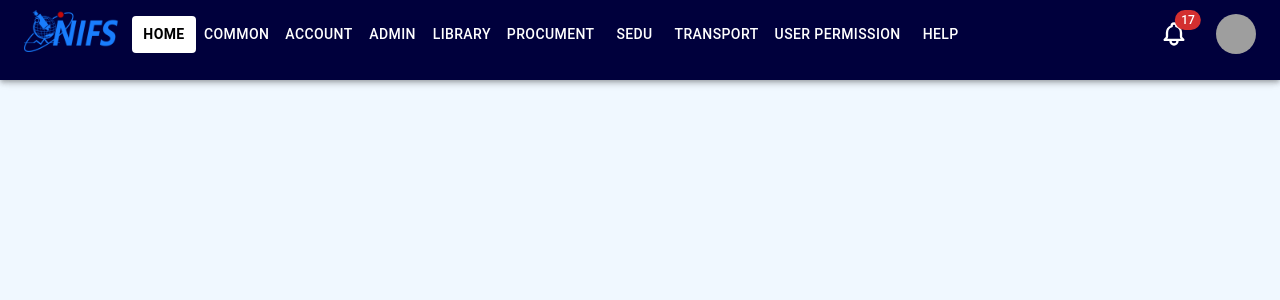
Repository: virangaj/NIFS-WebApp
Page: / (app in client/)
The author's editor kept a copy of each file at every save. The page is drawn from the files as they stood at one save, then again after the next save.
The browser window is 1280 px wide. The pictures show the whole page.
Pictures or frames that could not be fetched are drawn as grey boxes. The project was rebuilt for these pictures with package versions that can differ from the ones it lists, and the page was loaded fresh each time. Also part of the build but not shown: client/src/pages/Login.tsx, client/src/components/Transport/shared/TransportNavbar.js, client/src/pages/TransportMainPage.tsx, client/src/pages/CommonMainPage.tsx, client/src/pages/AccountMainPage.tsx, client/src/pages/AdminMainPage.tsx, client/src/pages/LibraryMainPage.js, client/src/pages/ProcumentMainPage.js and 16 more.

Above is the page before, as saved 2022-07-28 00:35:09.

### client/public/index.html
<!DOCTYPE html>
<html lang="en">
	<head>
		<meta charset="utf-8" />
		<link rel="icon" href="nifs_logo.png" />
		<meta name="viewport" content="width=device-width, initial-scale=1" />
		<meta name="theme-color" content="#000000" />
		<meta
			name="description"
			content="Web site created using create-react-app"
		/>
		<link rel="apple-touch-icon" href="%PUBLIC_URL%/logo192.png" />
		<!--
      manifest.json provides metadata used when your web app is installed on a
      user's mobile device or desktop. See https://developers.google.com/web/fundamentals/web-app-manifest/
    -->
		<link rel="manifest" href="%PUBLIC_URL%/manifest.json" />
		<!--
      Notice the use of %PUBLIC_URL% in the tags above.
      It will be replaced with the URL of the `public` folder during the build.
      Only files inside the `public` folder can be referenced from the HTML.

      Unlike "/favicon.ico" or "favicon.ico", "%PUBLIC_URL%/favicon.ico" will
      work correctly both with client-side routing and a non-root public URL.
      Learn how to configure a non-root public URL by running `npm run build`.
    -->
		<link
			href="https://fonts.googleapis.com/css?family=Poppins"
			rel="stylesheet"
		/>
		<title>NIFS Dashboard</title>
	</head>
	<body>
		<noscript>You need to enable JavaScript to run this app.</noscript>
		<div id="root"></div>
		<!--
      This HTML file is a template.
      If you open it directly in the browser, you will see an empty page.

      You can add webfonts, meta tags, or analytics to this file.
      The build step will place the bundled scripts into the <body> tag.

      To begin the development, run `npm start` or `yarn start`.
      To create a production bundle, use `npm run build` or `yarn build`.
    -->
	</body>
</html>

### client/src/index.css
* {
  margin: 0;
}

body {
  font-family: 'Poppins';
  -webkit-font-smoothing: antialiased;
  -moz-osx-font-smoothing: grayscale;
  background-color: aliceblue;
}

:root {
  --main-navbar-back: #00003c;
  --nav-title-section-back: rgba(4, 34, 80, 0.589);
  --white: #fff;
  --black: #000;
  --gray: rgba(68, 68, 68, 0.432);
  --border-radius: 10px;
  --pimary: rgb(10, 94, 133);
  --warning: #ed3d63;
}


.nav-logo {
  width: 100px;
  height: auto;
}

a {
  text-decoration: none;
}


/* main navbar */
.main-navbar {
  background-color: var(--main-navbar-back) !important;
  width: 100% !important;
  height: 80px !important;

}



/* secondary navbar */
.secondary-navbar {
  margin: auto;
}

.nav-flex-section {
  display: flex;
  justify-content: center;
}

.nav-flex-inside {
  margin-left: 5px;
  margin-left: 5px;
}

.nav-title {
  font-size: 15px;
  text-align: center;
  color: var(--white);
  font-weight: 600;

}

.nav-title-section {
  border-radius: var(--border-radius);
  background-color: var(--nav-title-section-back);
  box-shadow: rgba(100, 100, 111, 0.2) 0px 7px 29px 0px;
  pointer-events: none;
}

.nav-icon {
  font-size: 30px;
}

.nav-link {
  display: flex;
  flex-direction: column;
  align-items: center;
  font-size: 15px;
  margin-left: 10px;
  margin-left: 10px;
  border: none;
  box-shadow: rgba(100, 100, 111, 0.2) 0px 7px 29px 0px;
  padding: 4px 8px 6px 8px;
  margin-bottom: 10px;
  text-align: center;
  width: 125px;
  border-radius: var(--border-radius);
  background-color: var(--white);
  outline: none;
  height: 100px;

}

.nav-link:hover {
  color: var(--pimary);
  cursor: pointer;
  box-shadow: rgba(81, 146, 177, 0.2) 0px 7px 29px 0px;
  background-color: rgb(254, 255, 205);
  border-bottom: 2px solid var(--warning);

}


.nav-link:active {
  color: var(--pimary);
  cursor: pointer;
  box-shadow: rgba(81, 146, 177, 0.2) 0px 7px 29px 0px;
  background-color: rgb(205, 248, 255);
  border-bottom: 2px solid var(--warning);
}

.nav-link-active {
  color: var(--pimary);
  cursor: pointer;
  box-shadow: rgba(81, 146, 177, 0.2) 0px 7px 29px 0px;
  background-color: rgb(205, 248, 255);
  border-bottom: 2px solid var(--warning);
}

/* body content*/
.body-content {
  margin: auto;
  width: 90%;
  margin-top: 4vh;

}

/* main page content */
.main-content {
  width: 90%;
  margin: auto;
  margin-top: 20px;
}

/* sub page content */

.sub-body-content {
  border: 2px solid var(--gray);
  border-radius: var(--border-radius);
  padding: 10px;
}

.sub-body-title {
  font-size: 24px;
}



/* error page */
.error-page {
  border: 2px solid var(--gray);
  border-radius: var(--border-radius);
  height: 50vh;
  width: 50vw;
  margin: auto;
  margin-top: 50px;
}

.error-page-content {
  text-align: center;
  margin-top: 50px;
}

.error-page-content h1 {
  font-size: 100px;
  color: var(--warning);
  font-weight: 700;
  pointer-events: none;

}

.error-page-content p {
  font-size: 20px;
  margin-bottom: 20px;
  pointer-events: none;
}

### client/src/App.tsx
import React, { useEffect } from 'react';
import Navbar from './components/shared/Navbar';
import Login from './pages/Login'
import { BrowserRouter as Router, Route, Routes } from 'react-router-dom'
import Home from './pages/Home';
import TransportMainPage from './pages/TransportMainPage';
import CommonMainPage from './pages/CommonMainPage';
import AccountMainPage from './pages/AccountMainPage';
import AdminMainPage from './pages/AdminMainPage';
import LibraryMainPage from './pages/LibraryMainPage';
import ProcumentMainPage from './pages/ProcumentMainPage';
import SeduMainPage from './pages/SeduMainPage';
import UserPermissionMainPage from './pages/UserPermissionMainPage';
import NotificationMainPage from './pages/NotificationMainPage';
import HelpMainPage from './pages/HelpMainPage';
import ErrorPage from './pages/ErrorPage';


function App() {


  return (
    <Router>
      <Navbar />

      <Routes>

        <Route path="/login" element={<Login />} />
        <Route path="/" element={<Home />} />
        <Route path="/common/*" element={<CommonMainPage />} />
        <Route path="/account/*" element={<AccountMainPage />} />
        <Route path="/admin/*" element={<AdminMainPage />} />
        <Route path="/library/*" element={<LibraryMainPage />} />
        <Route path="/procument/*" element={<ProcumentMainPage />} />
        <Route path="/sedu/*" element={<SeduMainPage />} />
        <Route path="/transport/*" element={<TransportMainPage />} />
        <Route
          path="/user-permission/*"
          element={<UserPermissionMainPage />}
        />
        <Route
          path="/notification/*"
          element={<NotificationMainPage />}
        />
        <Route path="/help/*" element={<HelpMainPage />} />
        <Route path="/error-404" element={<ErrorPage />} />
      </Routes>


    </Router>
  );
}

export default App;

### client/src/components/shared/Navbar.tsx
import * as React from 'react';
import AppBar from '@mui/material/AppBar';
import Box from '@mui/material/Box';
import Toolbar from '@mui/material/Toolbar';
import IconButton from '@mui/material/IconButton';
import Typography from '@mui/material/Typography';
import Menu from '@mui/material/Menu';
import Container from '@mui/material/Container';
import Avatar from '@mui/material/Avatar';
import Button from '@mui/material/Button';
import Tooltip from '@mui/material/Tooltip';
import MenuItem from '@mui/material/MenuItem';
import { HiMenuAlt2, HiOutlineBell } from "react-icons/hi";
import Badge from '@mui/material/Badge';
import Logo from '../../images/nifs_logo.png'
import { Link, useLocation } from 'react-router-dom';
const pages = [
    {
        id: 0,
        title: 'Home',
        link: '/',
    },
    {
        id: 1,
        title: 'Common',
        link: '/common',
    },
    {
        id: 2,
        title: 'Account',
        link: '/account',
    },
    {
        id: 3,
        title: 'Admin',
        link: '/admin',
    },
    {
        id: 4,
        title: 'Library',
        link: '/library',
    },
    {
        id: 5,
        title: 'Procument',
        link: '/procument',
    },
    {
        id: 6,
        title: 'SEDU',
        link: '/sedu',
    },
    {
        id: 7,
        title: 'Transport',
        link: '/transport',
    },
    {
        id: 8,
        title: 'User Permission',
        link: '/user-permission',
    },
    // {
    //     id: 9,
    //     title: 'Notification',
    //     link: '/notification',
    // },
    {
        id: 10,
        title: 'Help',
        link: '/help',
    },
];
const settings = [
    {
        id: 0,
        title: 'Login',
        link: '/login',
    },
];
const Navbar = () => {

    // nav bar function and variables
    const location: any = useLocation();

    const [anchorElNav, setAnchorElNav] = React.useState<null | HTMLElement>(null);
    const [anchorElUser, setAnchorElUser] = React.useState<null | HTMLElement>(null);

    const handleOpenNavMenu = (event: React.MouseEvent<HTMLElement>) => {
        setAnchorElNav(event.currentTarget);
    };
    const handleOpenUserMenu = (event: React.MouseEvent<HTMLElement>) => {
        setAnchorElUser(event.currentTarget);
    };

    const handleCloseNavMenu = () => {
        setAnchorElNav(null);
    };

    const handleCloseUserMenu = () => {
        setAnchorElUser(null);
    };

    return (
        <AppBar position="fixed" className="main-navbar">
            <Container maxWidth="xl">
                <Toolbar disableGutters>
                    {/*Responsive view start here  */}
                    <Box sx={{ display: { xs: 'none', md: 'flex' }, mr: 1 }}>
                        <Link to='/'>
                            <img src={Logo} alt="logo" className="nav-logo" />
                        </Link>
                    </Box>


                    <Box sx={{ flexGrow: 1, display: { xs: 'flex', md: 'none' } }}>
                        <IconButton
                            size="large"
                            aria-label="account of current user"
                            aria-controls="menu-appbar"
                            aria-haspopup="true"
                            onClick={handleOpenNavMenu}
                            color="inherit"
                        >
                            <HiMenuAlt2 />
                        </IconButton>
                        <Menu
                            id="menu-appbar"
                            anchorEl={anchorElNav}
                            anchorOrigin={{
                                vertical: 'bottom',
                                horizontal: 'left',
                            }}
                            keepMounted
                            transformOrigin={{
                                vertical: 'top',
                                horizontal: 'left',
                            }}
                            open={Boolean(anchorElNav)}
                            onClose={handleCloseNavMenu}
                            sx={{
                                display: { xs: 'block', md: 'none' },
                            }}
                        >
                            {pages && pages.map((page, index) => (
                                location.pathname.split('/')[1] === page.link.split('/')[1] ?
                                    <Link to={page.link} style={{ textDecoration: 'none' }} key={index}>
                                        <Button

                                            onClick={handleCloseNavMenu}
                                            sx={{ my: 2, color: 'white', display: 'block' }}
                                            style={{ backgroundColor: '#000', color: '#fff', fontWeight: 700 }}
                                        >
                                            {page.title}
                                        </Button>
                                    </Link>
                                    :
                                    <Link to={page.link} style={{ textDecoration: 'none' }} >
                                        <Button
                                            key={page.id}
                                            onClick={handleCloseNavMenu}
                                            sx={{ my: 2, color: 'white', display: 'block' }}
                                            style={{ backgroundColor: '#fff', color: '#000' }}
                                        >
                                            {page.title}
                                        </Button>
                                    </Link>
                            ))}
                        </Menu>
                    </Box>
                    {/* Responsive view ends here */}

                    {/* Full width starts here */}
                    <Box
                        sx={{
                            mr: 2,
                            display: { xs: 'flex', md: 'none' },
                            flexGrow: 1,
                        }}
                    >
                        <Link to='/'>
                            <img src={Logo} alt="logo" className="nav-logo" />
                        </Link>
                    </Box>

                    <Box sx={{ flexGrow: 1, display: { xs: 'none', md: 'flex' } }}>
                        {pages.map((page, index) => (
                            location.pathname.split('/')[1] === page.link.split('/')[1] ?
                                <Link to={page.link} style={{ textDecoration: 'none' }} key={index}>
                                    <Button
                                        onClick={handleCloseNavMenu}
                                        sx={{ my: 2, color: 'white', display: 'block' }}
                                        style={{ backgroundColor: '#fff', color: '#000', fontWeight: 700 }}


                                    >
                                        {page.title}
                                    </Button>
                                </Link>
                                :
                                <Link to={page.link} style={{ textDecoration: 'none' }} >
                                    <Button
                                        key={page.id}
                                        onClick={handleCloseNavMenu}
                                        sx={{ my: 2, color: 'white', display: 'block' }}

                                    >
                                        {page.title}
                                    </Button>
                                </Link>
                        ))}
                    </Box>
                    <IconButton
                        size="large"
                        aria-label="show 17 new notifications"
                        color="inherit"
                        sx={{ mr: 2 }}
                    >
                        <Badge badgeContent={17} color="error">
                            <HiOutlineBell />
                        </Badge>
                    </IconButton>
                    <Box sx={{ flexGrow: 0 }}>
                        <Tooltip title="Open settings">
                            <IconButton onClick={handleOpenUserMenu} sx={{ p: 0 }}>
                                <Avatar alt="Remy Sharp" src="/static/images/avatar/2.jpg" />
                            </IconButton>
                        </Tooltip>
                        <Menu
                            sx={{ mt: '45px' }}
                            id="menu-appbar"
                            anchorEl={anchorElUser}
                            anchorOrigin={{
                                vertical: 'top',
                                horizontal: 'right',
                            }}
                            keepMounted
                            transformOrigin={{
                                vertical: 'top',
                                horizontal: 'right',
                            }}
                            open={Boolean(anchorElUser)}
                            onClose={handleCloseUserMenu}
                        >
                            {settings && settings.map((setting, index) => (
                                <MenuItem key={index} onClick={handleCloseUserMenu}>
                                    <Typography textAlign="center">{setting.title}</Typography>
                                </MenuItem>
                            ))}
                        </Menu>
                    </Box>
                </Toolbar>
            </Container>
        </AppBar>
    );
};
export default Navbar;

### client/src/pages/Home.tsx
import React from 'react';

function Home() {
	return (
		<div className="body-content">
			<h1>Home Page</h1>
		</div>
	);
}

export default Home;

Loaded but not shown: client/src/index.tsx (common file); client/src/reportWebVitals.ts (common file)

After the next save:
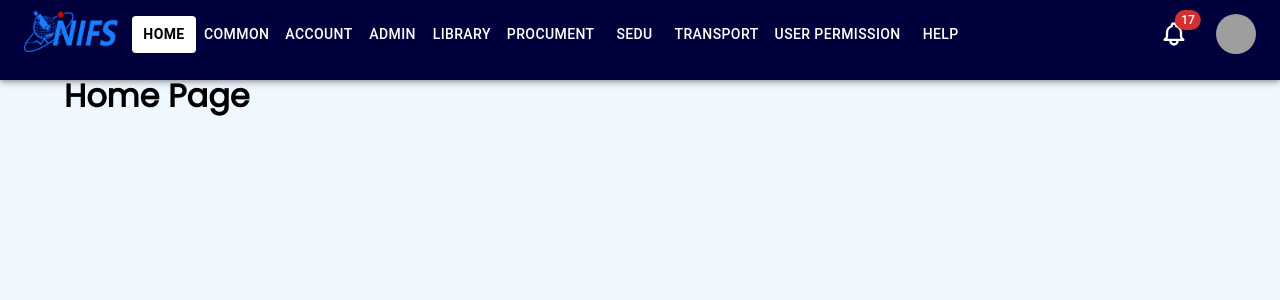
Saved 14 s later.
--- a/client/src/index.css
+++ b/client/src/index.css
@@ -125,7 +125,7 @@ a {
 .body-content {
   margin: auto;
   width: 90%;
-  margin-top: 4vh;
+  margin-top: 10vh;
 
 }
 
